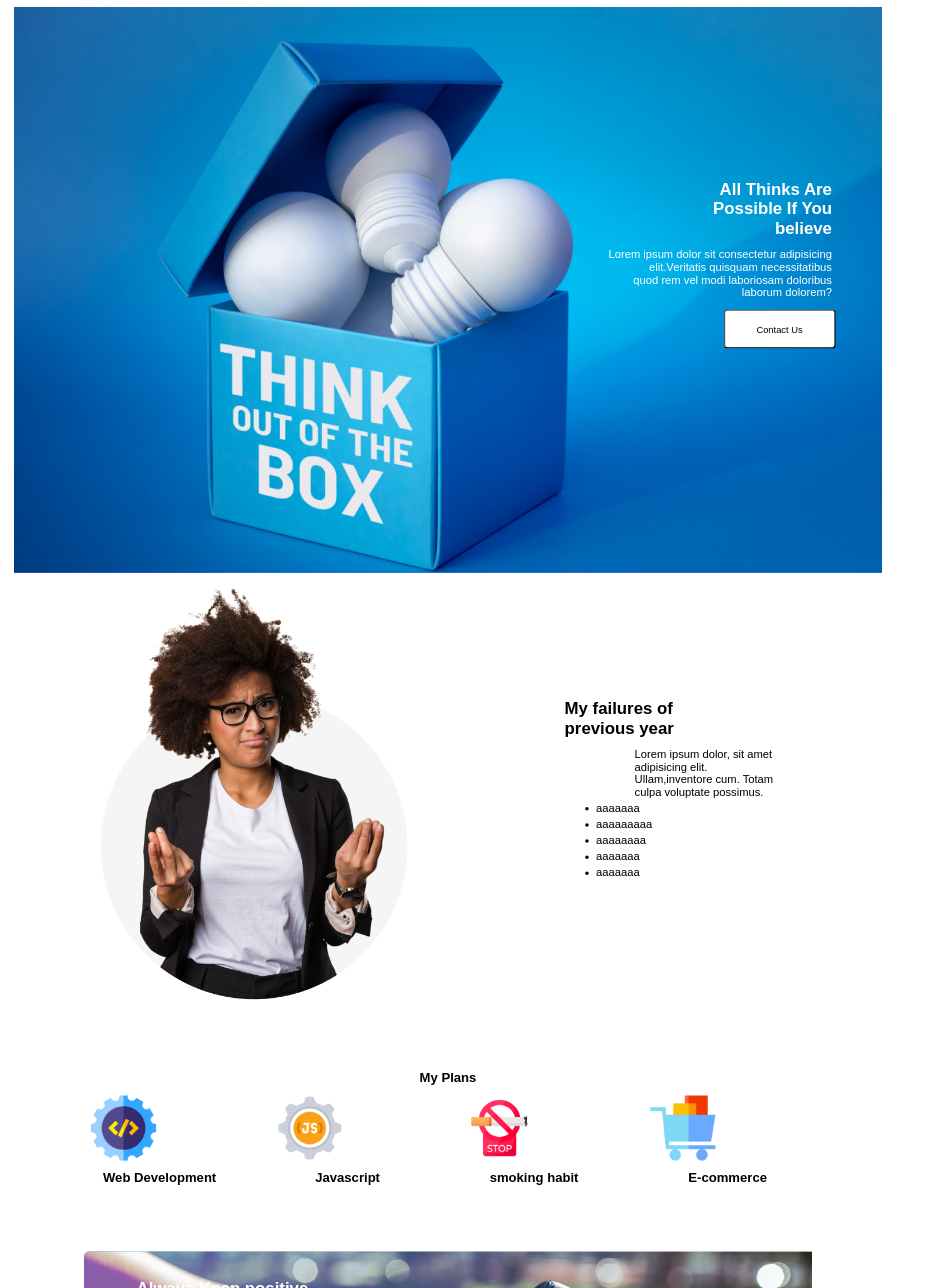
Repository: sadiaafsana138/All-Thinks-Are-Possible-Website
Page: index.html
The author's editor kept a copy of each file at every save. The page is drawn from the files as they stood at one save, then again after the next save.
The browser window is 1280 px wide. The page is 1344 px wide, so the pictures cover 1344 px, including what lies to the right of the window. The pictures show the part of the page from y = 0 to 1840 px (the page is 2597 px tall), at 70% of full size.

Above is the page before, as saved 2023-01-08 13:26:38.

### index.html
<!DOCTYPE html>
<html lang="en">

<head>
    <meta charset="UTF-8">
    <meta http-equiv="X-UA-Compatible" content="IE=edge">
    <meta name="viewport" content="width=device-width, initial-scale=1.0">
    <title>First Website</title>
    <link rel="stylesheet" href="styles/web.css">
</head>

<body>
    <!-- header -->
    <header>
        <section class="section1">
            <div>
                <h1 id="head-text1">
                    All Thinks Are<br>Possible If You<br>believe
                </h1>
                <p id="head-text2" >Lorem ipsum dolor sit consectetur adipisicing<br>elit.Veritatis quisquam necessitatibus <br>quod rem vel modi laboriosam doloribus<br>laborum dolorem?
                </p>
                <button id="button1">
                    Contact Us
                </button>
            </div>
        </section>
    </header>
    <main>
        <!--second section-->
        <section class="section2">
            <div id="sec2details">
                <img id="sec2img" src="images/person.png" alt="person">
                <div id="sec2text">
                    <h2>
                        My failures of <br>
                        previous year
                    </h2>
                    <p>Lorem ipsum dolor, sit amet adipisicing
                        elit. Ullam,inventore cum. Totam culpa voluptate possimus.
                    <ul>
                        <li>aaaaaaa</li>
                        <li>aaaaaaaaa</li>
                        <li>aaaaaaaa</li>
                        <li>aaaaaaa</li>
                        <li>aaaaaaa</li>
                    </ul>
                </p>
                </div>
            </div>
        </section>

        <!--section 3-->
        <section class="section3">
            <h3>
                My Plans
            </h3>
            <div id="sec3details" >

                <div>
                    <img src="images/icons/web.png" alt="" class="center"><br>
                    <H3>Web Development</H3>
                    <p>I want to start</p>
                </div>
                <div>
                    <img src="images/icons/js.png" alt="" class="center"><br>
                    <H3>Javascript</H3>
                    <p>I want to learn</p>
                </div>
                <div>
                    <img src="images/icons/smoke.png" alt="" class="center"><br>
                    <H3>smoking habit</H3>
                    <p>I want to end</p>
                </div>
                <div>
                    <img src="images/icons/ecom.png" alt="" class="center"><br>
                    <H3>E-commerce</H3>
                    <p>I want to develop</p>
                </div>
            </div>
            <div id="mindset">

                <div id="mindsetxt">
                    <h1 >Always Keep positive
                        <br>Mindset</h1><br>
                    <button id="button2">Call now</button>
                </div>
            </div>
        </section>

    </main>
    <footer>
        <Section class="Footer">
            <div id="footerdetails">
                <h2>Future</h2><br>
                <p>Lorem ipsum dolor sit amet consectetur adipisicing elit.<br>Totam ullam accusamus sequi dolor dolores suscipit dignissimos
                </p>
                <p>Email: XXXXXX@gmail.com</p>
                <P>phone-no: 01516656595</P><br>
                <ul>
                    <li><img src="images/icons/fb.png" alt=""></li>
                    <li><img src="images/icons/youtube.png" alt=""></li>
                    <li><img src="images/icons/twitter.png" alt=""></li>
                </ul>
            </div>
            <input>
                <h3>subscribe</h3><br>
                <input type="email" placeholder="Enter Your Email">

                <br>
                <button>subscribe here</button>
            </div>
        </Section>
    </footer>
</body>

</html>

### styles/web.css
*{
margin: 5px 5px ;
font-family: Arial, Helvetica, sans-serif;
}
.section1{
    background-image:url(../images/banner/banner3.png);
    height: 808px;
    width:cover;
    background-repeat: no-repeat;
    background-color: blue;

}
#head-text1{
    color: white;
    padding-left: 50% ;
    padding-right:5%;
    padding-top: 20%;
    text-align: right;
    Font-style: Bold;
}
#head-text2{
    color: white;
    padding-left: 50% ;
    padding-right:5%;
    text-align: right;
}
#button1{
    margin-top: 10px;
    width: 160px;
    height: 56px;
    left: 640px;
    top: 438px;
    text-align: center;
    align-items: right;
    background: white;
    border-radius: 5px;
    margin-right: 150px;
    margin-left: 82%;
    align-content: right;
}
#sec2details{
    display: flex;
    width: 1000px;
    height: 700px;
    margin-left: 100px;
    margin-right: 100px;
}
#sec2img{
    align-items: center;

    margin-bottom:20%;
    height: 600px;
    width: 500px;
}
#sec2text{
        text-align: justify;
        margin-left:20%;
        margin-top: 17%;
        margin-bottom: 20%;
}
#sec2text p{
    text-align: left;
    color: black;
}
.section3 h3,p{
   text-align: center;
}
p{
    color:rgb(88, 81, 81)
}
#sec3details{
    display: flex;
    justify-content: space-between;
    margin-left: 100px;
    margin-right: 100px;
}
#mindset{
    margin-left: 100px;
    margin-right: 100px;
    background-image: url(../images/gradient1.png) ,url(../images/watch.png);
    background-repeat: no-repeat, repeat;
    background-blend-mode:lighten;
    height: 250px;
}
#mindsetxt h1{
    text-align: left;
    margin-left: 70px;
    margin-top: 50px;
    padding-top: 40px;
    color: white;
}
#button2{
    margin-top: 5px;
    width: 120px;
    height: 50px;
    text-align: center;
    align-items: left;
    background: white;
    border-radius: 5px;
    margin-left: 70px;
    align-content:left;
    color: rgb(20, 124, 165);

}
.Footer{
    margin-top: 50px;
    height: 500px;
    width: cover;
    background-color: black;
    display: flex;
}
#footerdetails h2,p{
    padding-top: 10px;
    color: white;
    text-align:left;
    padding-left: 100px;
}
#footerdetails ul{
    display: flex;
    padding-left: 100px;
}

After the next save:
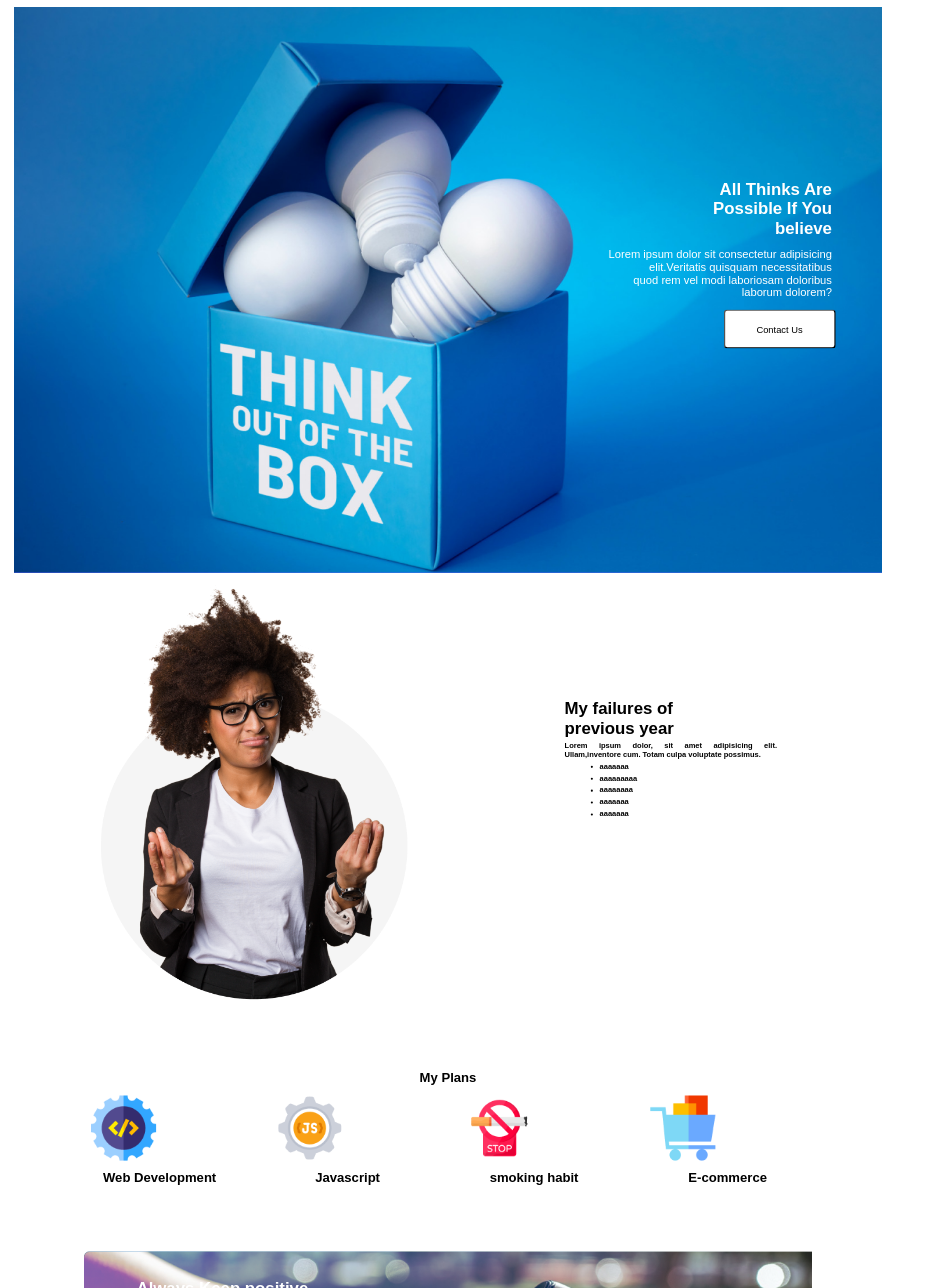
Saved 110 s later.
--- a/index.html
+++ b/index.html
@@ -35,7 +35,7 @@
                         My failures of <br>
                         previous year
                     </h2>
-                    <p>Lorem ipsum dolor, sit amet adipisicing
+                    <h6>Lorem ipsum dolor, sit amet adipisicing
                         elit. Ullam,inventore cum. Totam culpa voluptate possimus.
                     <ul>
                         <li>aaaaaaa</li>
@@ -44,7 +44,7 @@
                         <li>aaaaaaa</li>
                         <li>aaaaaaa</li>
                     </ul>
-                </p>
+                </h6>
                 </div>
             </div>
         </section>

After the save that followed:
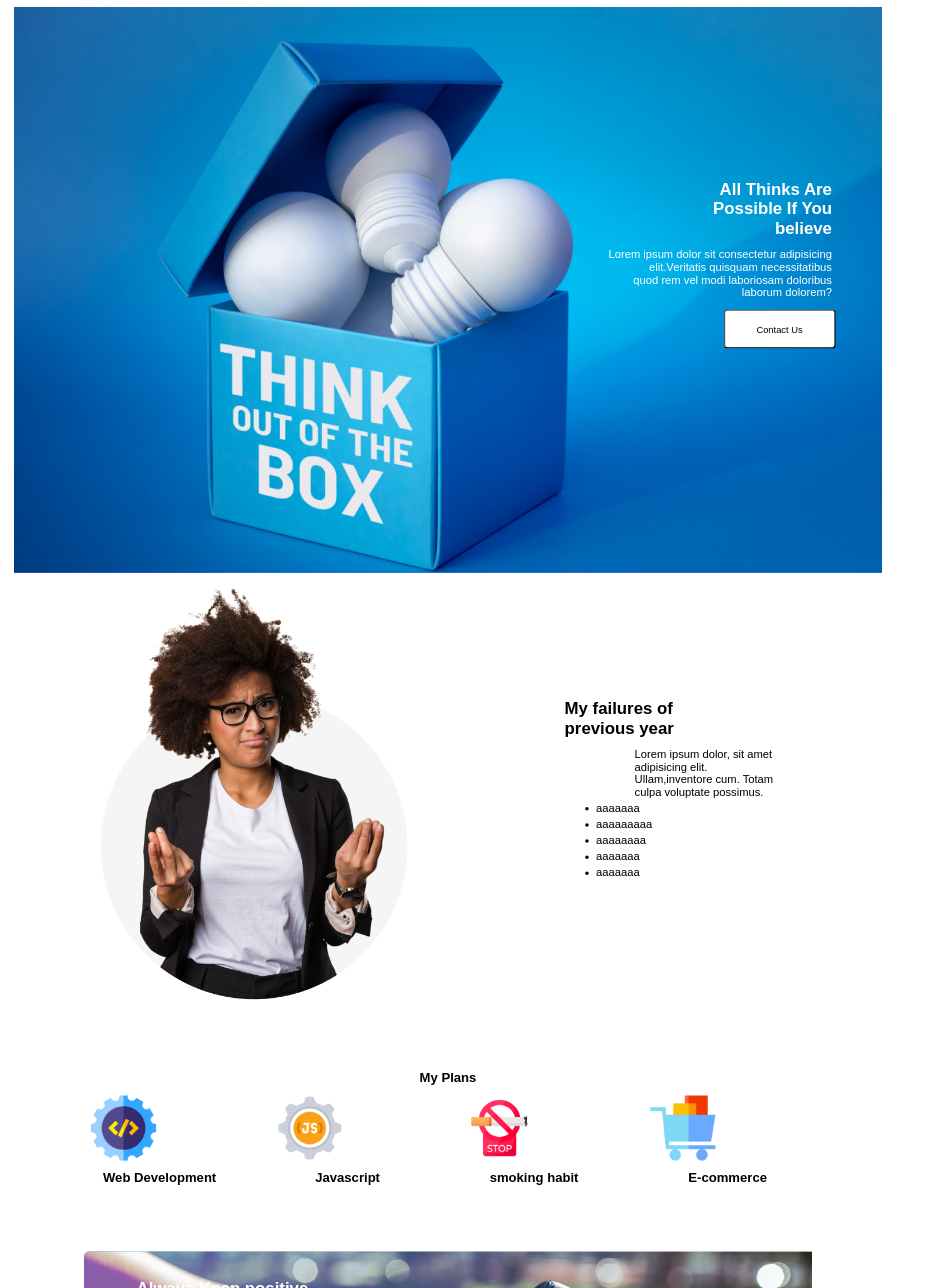
Saved 82 s later.
--- a/index.html
+++ b/index.html
@@ -35,7 +35,7 @@
                         My failures of <br>
                         previous year
                     </h2>
-                    <h6>Lorem ipsum dolor, sit amet adipisicing
+                    <p>Lorem ipsum dolor, sit amet adipisicing
                         elit. Ullam,inventore cum. Totam culpa voluptate possimus.
                     <ul>
                         <li>aaaaaaa</li>
@@ -44,7 +44,7 @@
                         <li>aaaaaaa</li>
                         <li>aaaaaaa</li>
                     </ul>
-                </h6>
+                </p>
                 </div>
             </div>
         </section>
